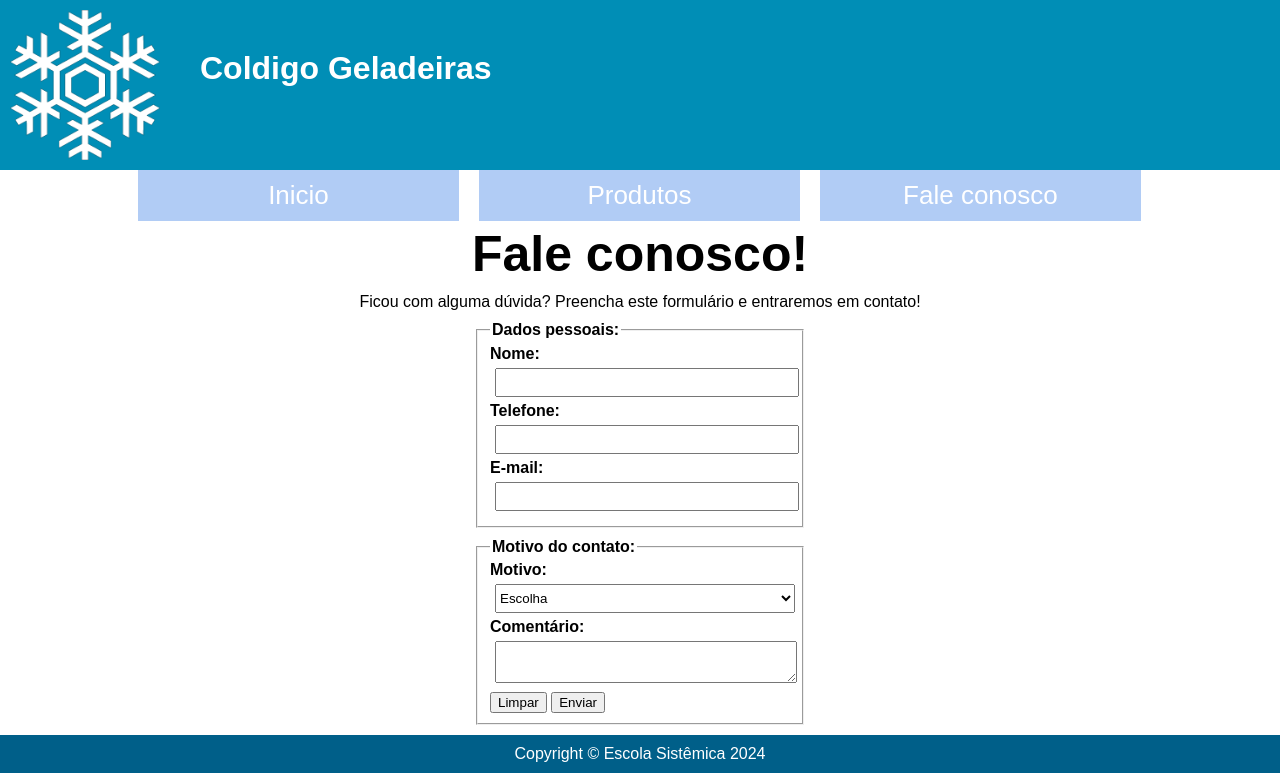
Repository: AndreiLGomes/faculdade
Page: http://localhost/ProjetoTrilhaWeb/pages/site/faleconosco.html
These files come from the project's save history. The page is drawn as it stood at one moment and after the next save; the edit follows.
The browser window is 1280 px wide. The pictures show the whole page.
The page is served by Tomcat 9.

Above is the page before, as saved 2024-04-10 23:29:42.

After the next save:
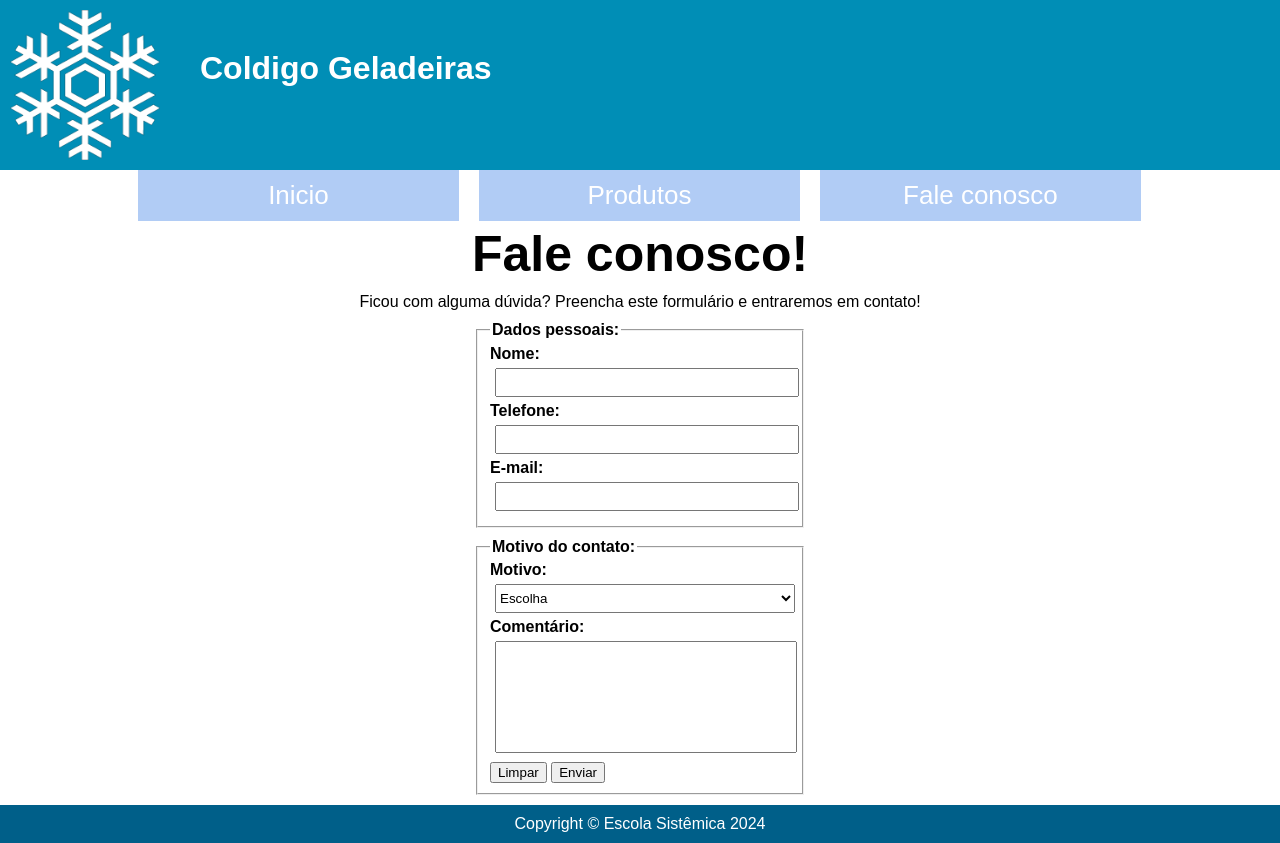
Saved 115 s later.
--- a/2 ano/WorkspaceTrilhaWeb/ProjetoTrilhaWeb/src/main/webapp/css/site.css
+++ b/2 ano/WorkspaceTrilhaWeb/ProjetoTrilhaWeb/src/main/webapp/css/site.css
@@ -159,3 +159,8 @@ tr:nth-child(odd){
 	width: 100%;
 	padding: 5px 0;
 }
+
+.faleConosco textarea{
+	height: 100px;
+	resize: none;
+}
